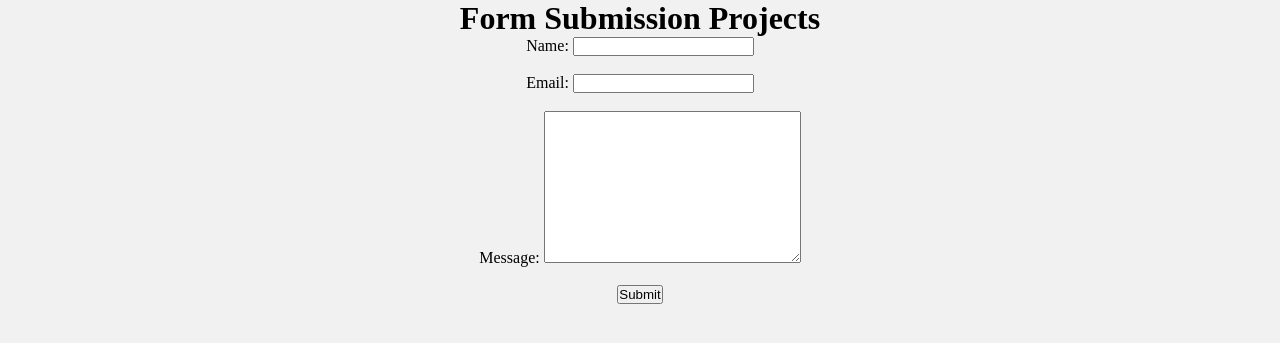
Repository: labib108/ostad-php
Page: projects/formSubmission/index.html
An editor plug-in stored every save of this project. The page is shown before and after the next save, followed by the edit.
The browser window is 1280 px wide. The pictures show the whole page.

Above is the page before, as saved 2023-03-21 13:35:04.

### projects/formSubmission/index.html
<!DOCTYPE html>
<html lang="en">
<head>
    <meta charset="UTF-8">
    <meta http-equiv="X-UA-Compatible" content="IE=edge">
    <meta name="viewport" content="width=device-width, initial-scale=1.0">
    <link rel="stylesheet" href="style.css">
    <title>Form Submission</title>
</head>
<body>
    <h1>Form Submission Projects</h1>
    <form action="submit.php" method="post">
        <label for="name">Name:</label>
        <input type="text" name="name" id="name"><br><br>
        <label for="email">Email:</label>
        <input type="email" name="email" id="email"><br><br>
        <label for="message">Message:</label>
        <textarea name="message" id="message" cols="30" rows="10"></textarea><br><br>
        <input type="submit" value="Submit">
    </form>
</body>
</html>

### projects/formSubmission/style.css
*{
    margin: 0px;
    padding: 0px;
    box-sizing: border-box;
}
body{
    text-align: center;
    background-color: #f1f1f1;
}

After the next save:
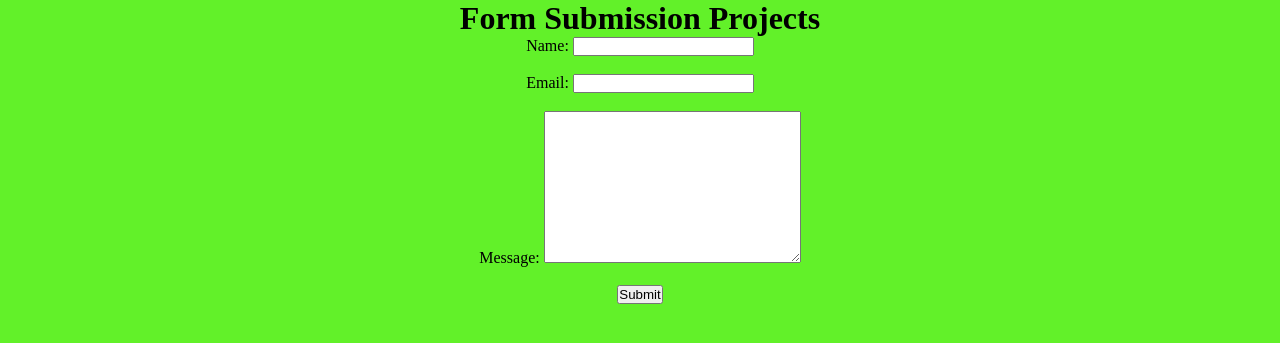
Saved 7 s later.
--- a/projects/formSubmission/style.css
+++ b/projects/formSubmission/style.css
@@ -5,5 +5,5 @@
 }
 body{
     text-align: center;
-    background-color: #f1f1f1;
+    background-color: #62f129;
 }
